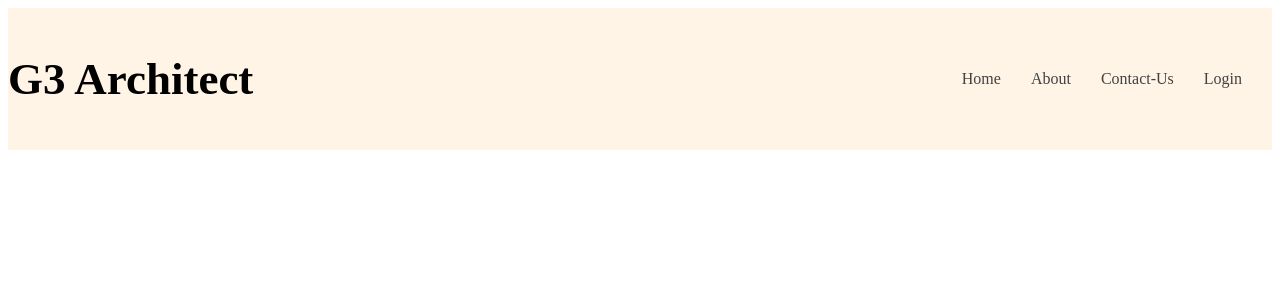
Repository: tanimtanzilislam/g3-architect-website
Page: index.html
An editor plug-in stored every save of this project. The page is shown before and after a run of saves, followed by the edit.
The browser window is 1280 px wide. The pictures show the whole page.

Above is the page before, as saved 2026-02-06 11:23:49.

### index.html
<!DOCTYPE html>
<html lang="en">
<head>
    <meta charset="UTF-8">
    <meta name="viewport" content="width=device-width, initial-scale=1.0">
    <title>G3 Architecture</title>
    <link rel="stylesheet" href="styles/styles.css">
</head>
<body class=".work-sans-font">
    <header class="bg-light" >
        <nav class="navbar display-flex">
            <h3 class="brand">G3 Architect </h3>
             <ul class="nav-links display-flex">

                <li class="nav-item"><a href="" class="nav-link text-gray">Home</a></li>
                <li class="nav-item"><a href="" class="nav-link text-gray">About</a></li>
                <li class="nav-item"><a href="" class="nav-link text-gray">Contact-Us</a></li>
                <li class="nav-item"><a href="" class="nav-link text-gray">Login</a></li>
             </ul>
        </nav>

        <div class="banner">

        </div>
    </header>
    <main></main>
    <footer></footer>

</body>
</html>

### styles/styles.css

@import url('https://fonts.googleapis.com/css2?family=Work+Sans:ital,wght@0,100..900;1,100..900&display=swap');

.work-sans-font{
  font-family: "Work Sans", sans-serif;
  font-optical-sizing: auto;
  font-weight: 400;
  font-style: normal;
}

/* shared styles */
.display-flex{
  display:flex;
}

.text-gray{
  color:#424242;
}

/* dark02 */
.text-light-gray{

color:#727272;

}

/* header styles */

.navbar{
  justify-content: space-between;
  align-items:center
}
.brand{
  font-weight:700;
  font-size:45px;
}

/* navbar related styles */
.bg-light{
  background-color: rgba(255,144,14,0.1);
}

.nav-item{
  list-style:none;
  margin-right:30px;
}

.nav-link{
  text-decoration:none;
  font-weight:500;
}
.navbar ,.banner{
  max-width:1440px;
  margin:0 auto;
}

After the next 3 saves:
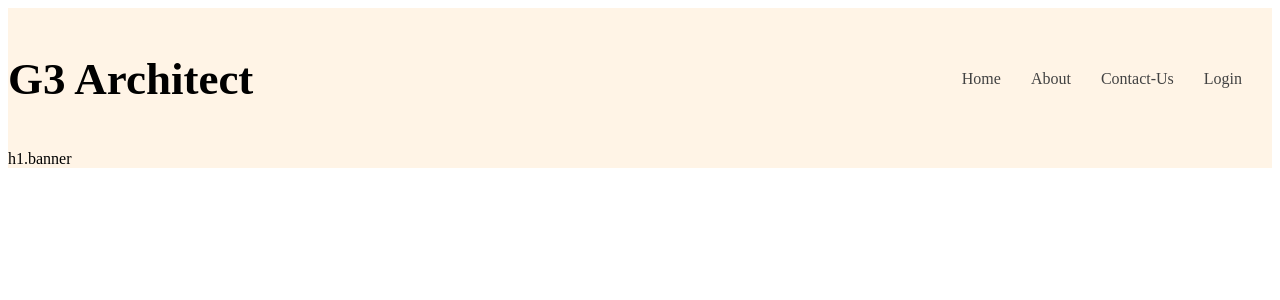
The 3 saves are shown as one change because they came seconds apart.
The last was saved 48 s later.
--- a/index.html
+++ b/index.html
@@ -21,6 +21,7 @@
 
         <div class="banner">
 
+            h1.banner
         </div>
     </header>
     <main></main>

After the 2 saves that followed:
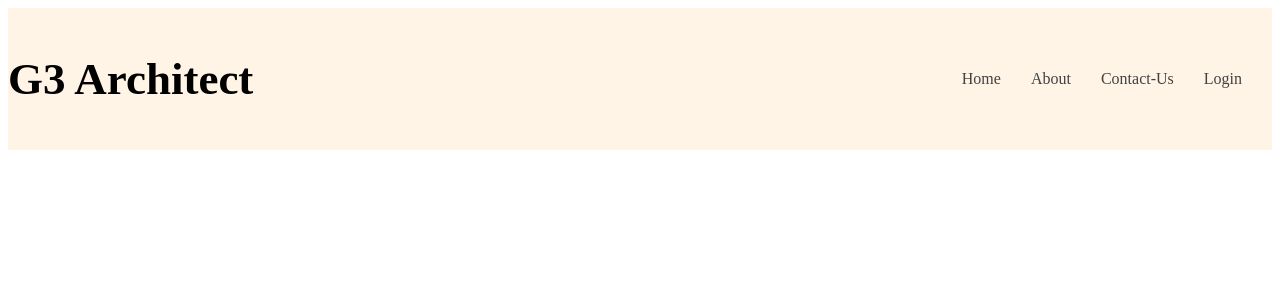
The 2 saves are shown as one change because they came seconds apart.
The last was saved 7 s later.
--- a/index.html
+++ b/index.html
@@ -21,7 +21,7 @@
 
         <div class="banner">
 
-            h1.banner
+            <h1 class="banner-title"></h1>
         </div>
     </header>
     <main></main>
